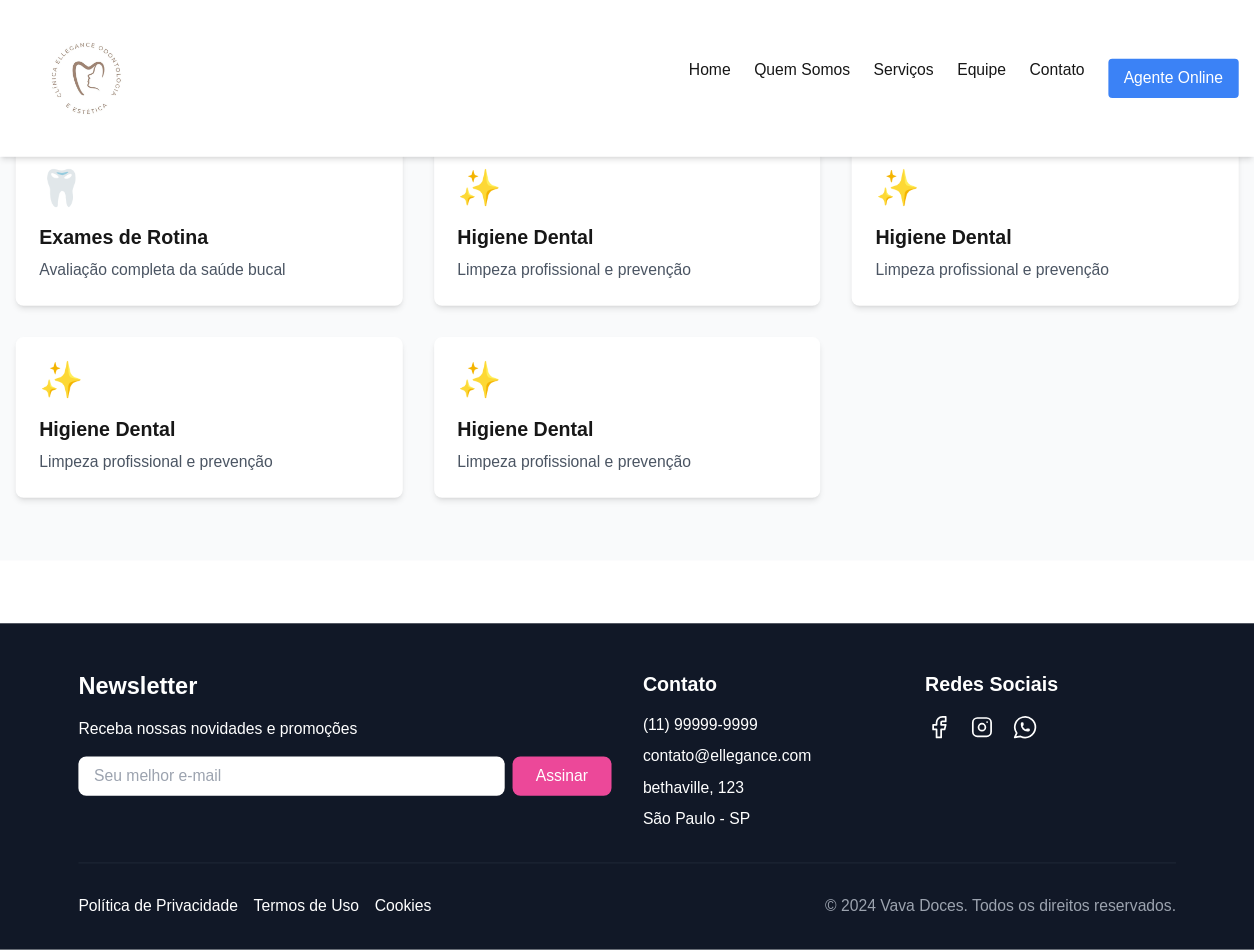
Repository: francisguitt/ellegance_odontologia
Page: /services_
These files come from the project's save history. The page is drawn as it stood at one moment and after the next save; the edit follows.
The browser window is 1280 px wide. The pictures show the whole page, at 98% of full size.
The project was rebuilt for these pictures with package versions that can differ from the ones it lists, and the page was loaded fresh each time. The framework's server and built-in components were replaced by stand-ins that run in the browser. Also part of the build but not shown: next.config.mjs.

Above is the page before, as saved 2025-02-22 11:22:53.

### src/app/layout.tsx
import type { Metadata } from "next";
import localFont from "next/font/local";
import "./globals.css";
import Header from "@/app/components/header";
import Footer from "@/app/components/footer";

const geistSans = localFont({
  src: "./fonts/GeistVF.woff",
  variable: "--font-geist-sans",
  weight: "100 900",
});
const geistMono = localFont({
  src: "./fonts/GeistMonoVF.woff",
  variable: "--font-geist-mono",
  weight: "100 900",
});

export const metadata: Metadata = {
  title: "Create Next App",
  description: "Generated by create next app",
};

export default function RootLayout({
  children,
}: Readonly<{
  children: React.ReactNode;
}>) {
  return (
    <html lang="en">
      <body
        className={`${geistSans.variable} ${geistMono.variable} antialiased`}
      >
      <Header/>
        {children}
        <Footer/>
      </body>
    </html>
  );
}

### src/app/services_/page.tsx
const Services = () => {
    const services = [
      {
        title: 'Exames de Rotina',
        description: 'Avaliação completa da saúde bucal',
        icon: '🦷'
      },
      {
        title: 'Higiene Dental',
        description: 'Limpeza profissional e prevenção',
        icon: '✨'
      },
      {
        title: 'Higiene Dental',
        description: 'Limpeza profissional e prevenção',
        icon: '✨'
      },
      {
        title: 'Higiene Dental',
        description: 'Limpeza profissional e prevenção',
        icon: '✨'
      },
      {
        title: 'Higiene Dental',
        description: 'Limpeza profissional e prevenção',
        icon: '✨'
      },
    ];

    return (
      <section id="services" className="py-16 bg-gray-50">
        <div className="container mx-auto px-4">
          <h2 className="text-3xl font-bold text-center mb-12">Nossos Serviços</h2>
          <div className="grid grid-cols-1 md:grid-cols-3 gap-8">
            {services.map((service, index) => (
              <div key={index} className="bg-white p-6 rounded-lg shadow-md">
                <div className="text-4xl mb-4">{service.icon}</div>
                <h3 className="text-xl font-semibold mb-2">{service.title}</h3>
                <p className="text-gray-600">{service.description}</p>
              </div>
            ))}
          </div>
        </div>
      </section>
    );
  };

  export default Services;

### src/app/components/header.tsx


"use client";
import { useState } from 'react';
import { Link } from 'react-scroll';
import Image from 'next/image';
import logo from "@/images/logo_odonto.jpg";
import { IconMenu2, IconX } from '@tabler/icons-react';

const Header = () => {
  const [isMenuOpen, setIsMenuOpen] = useState(false);

  const toggleMenu = () => {
    setIsMenuOpen(!isMenuOpen);
  };

  const menuItems = [
    { to: "home", label: "Home" },
    { to: "about", label: "Quem Somos" },
    { to: "services", label: "Serviços" },
    { to: "team", label: "Equipe" },
    { to: "contact", label: "Contato" },
  ];

  return (
    <header className="fixed w-full  bg-white shadow-md z-50">
      <div className="container mx-auto px-4 py-2 flex justify-between items-center">
        <div className="logo">
          <Image
            src={logo}
            alt="Ellegance Dental"
            className="w-36 h-36"
          />
        </div>

        {/* Desktop Navigation */}
        <nav className="hidden md:flex space-x-6">
          {menuItems.map((item) => (
            <Link
              key={item.to}
              to={item.to}
              smooth={true}
              className="cursor-pointer hover:text-blue-500 transition-colors"
            >
              {item.label}
            </Link>
          ))}
          <button className="bg-blue-500 text-white px-4 py-2 rounded hover:bg-blue-600 transition-colors">
            Agente Online
          </button>
        </nav>

        {/* Mobile Menu Button */}
        <button
          onClick={toggleMenu}
          className="md:hidden text-gray-600 hover:text-blue-500 transition-colors"
        >
          {isMenuOpen ? <IconX size={24} /> : <IconMenu2 size={24} />}
        </button>
      </div>

      {/* Mobile Navigation */}
      <nav className={`
        md:hidden bg-white
        transition-all duration-300 ease-in-out
        ${isMenuOpen ? 'max-h-96 opacity-100' : 'max-h-0 opacity-0'}
        overflow-hidden
      `}>
        <div className="container mx-auto px-4 py-2 flex flex-col space-y-4">
          {menuItems.map((item) => (
            <Link
              key={item.to}
              to={item.to}
              smooth={true}
              className="cursor-pointer hover:text-blue-500 transition-colors py-2"
              onClick={() => setIsMenuOpen(false)}
            >
              {item.label}
            </Link>
          ))}
          <button className="bg-blue-500 text-white px-4 py-2 rounded hover:bg-blue-600 transition-colors w-full">
            Agente Online
          </button>
        </div>
      </nav>
    </header>
  );
};

export default Header;

### src/app/components/footer.tsx
'use client'
import { useState } from 'react'
import {
  IconBrandFacebook,
  IconBrandInstagram,
  IconBrandWhatsapp,
  IconMail
} from '@tabler/icons-react'

function Footer() {
  const [email, setEmail] = useState('')

  const handleSubmit = (e: React.FormEvent) => {
    e.preventDefault()
    setEmail('')
  }

  return (
    <footer className="bg-gray-900 text-white pt-12 mt-16">
      <div className="max-w-6xl mx-auto px-4">
        <div className="grid grid-cols-1 md:grid-cols-4 gap-8 pb-8">
          <div className="col-span-1 md:col-span-2">
            <h3 className="text-2xl font-bold mb-4">Newsletter</h3>
            <p className="mb-4">Receba nossas novidades e promoções</p>
            <form onSubmit={handleSubmit} className="flex gap-2">
              <input
                type="email"
                value={email}
                onChange={(e) => setEmail(e.target.value)}
                placeholder="Seu melhor e-mail"
                className="flex-1 px-4 py-2 rounded-lg text-gray-900"
                required
              />
              <button
                type="submit"
                className="bg-pink-500 px-6 py-2 rounded-lg hover:bg-pink-600 transition"
              >
                Assinar
              </button>
            </form>
          </div>

          <div>
            <h3 className="text-xl font-bold mb-4">Contato</h3>
            <ul className="space-y-2">
              <li>
                <a href="tel:+5511999999999" className="hover:text-pink-400">
                  (11) 99999-9999
                </a>
              </li>
              <li>
                <a href="mailto:contato@elleganceodontologia.com" className="hover:text-pink-400">
                  contato@ellegance.com
                </a>
              </li>
              <li>bethaville, 123</li>
              <li>São Paulo - SP</li>
            </ul>
          </div>

          <div>
            <h3 className="text-xl font-bold mb-4">Redes Sociais</h3>
            <div className="flex gap-4">
              <a href="https://facebook.com" target="_blank" rel="noopener noreferrer"
                className="hover:text-pink-400 transition">
                <IconBrandFacebook size={28} stroke={1.5} />
              </a>
              <a href="https://instagram.com" target="_blank" rel="noopener noreferrer"
                className="hover:text-pink-400 transition">
                <IconBrandInstagram size={28} stroke={1.5} />
              </a>
              <a href="https://wa.me/5511999999999" target="_blank" rel="noopener noreferrer"
                className="hover:text-pink-400 transition">
                <IconBrandWhatsapp size={28} stroke={1.5} />
              </a>
            </div>
          </div>
        </div>

        <div className="border-t border-gray-800 py-8">
          <div className="flex flex-col md:flex-row justify-between items-center">
            <div className="flex gap-4 mb-4 md:mb-0">
              <a href="/politica-privacidade" className="hover:text-pink-400 transition">
                Política de Privacidade
              </a>
              <a href="/termos-uso" className="hover:text-pink-400 transition">
                Termos de Uso
              </a>
              <a href="/cookies" className="hover:text-pink-400 transition">
                Cookies
              </a>
            </div>
            <p className="text-gray-400">
              © {new Date().getFullYear()} Vava Doces. Todos os direitos reservados.
            </p>
          </div>
        </div>
      </div>
    </footer>
  )
}
export default Footer;

Loaded but not shown: src/app/globals.css (common file); tailwind.config.ts (common file)

After the next save:
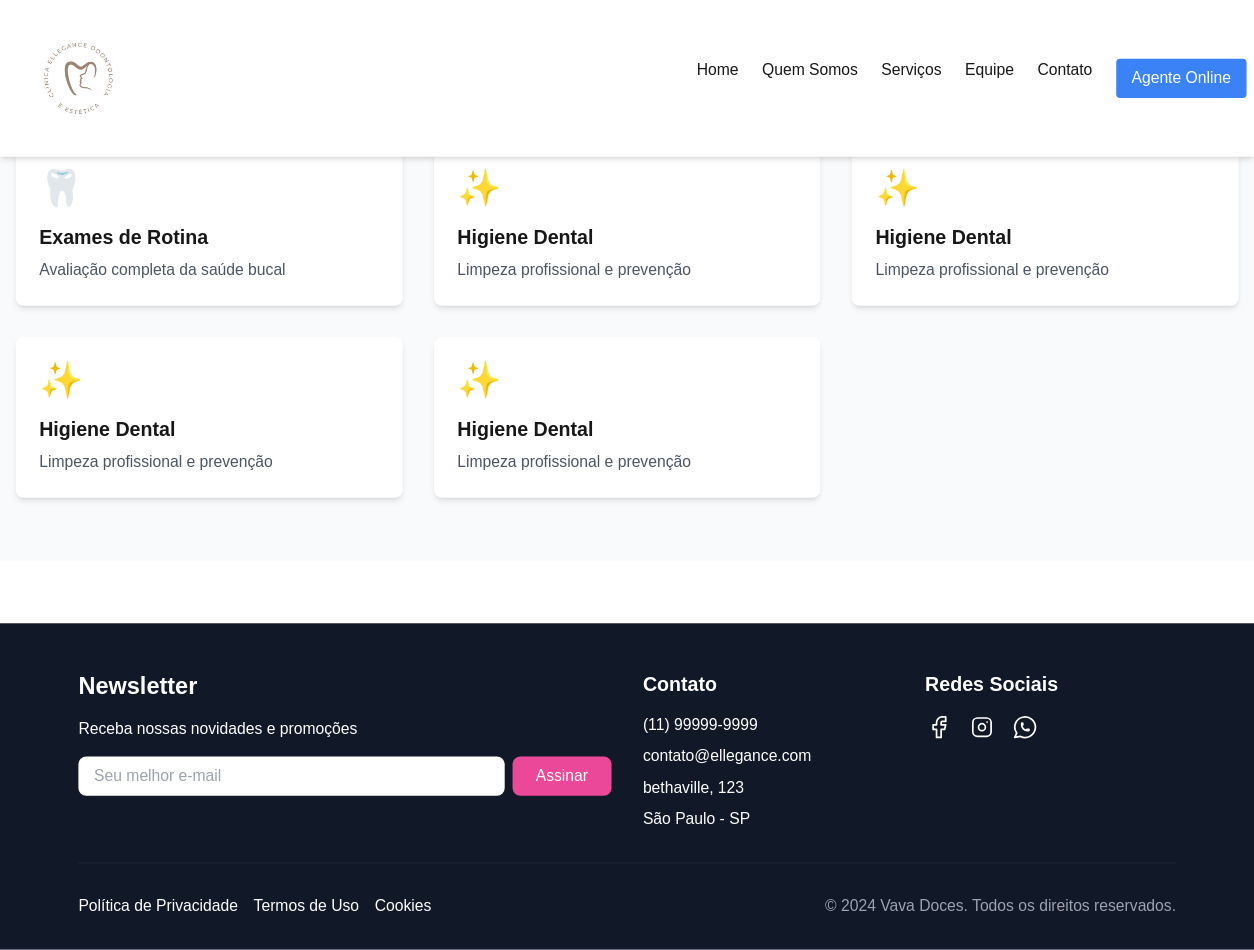
Saved 30 s later.
--- a/src/app/components/header.tsx
+++ b/src/app/components/header.tsx
@@ -24,7 +24,7 @@ const Header = () => {
 
   return (
     <header className="fixed w-full  bg-white shadow-md z-50">
-      <div className="container mx-auto px-4 py-2 flex justify-between items-center">
+      <div className="container mx-auto px-2 py-2 flex justify-between items-center">
         <div className="logo">
           <Image
             src={logo}
